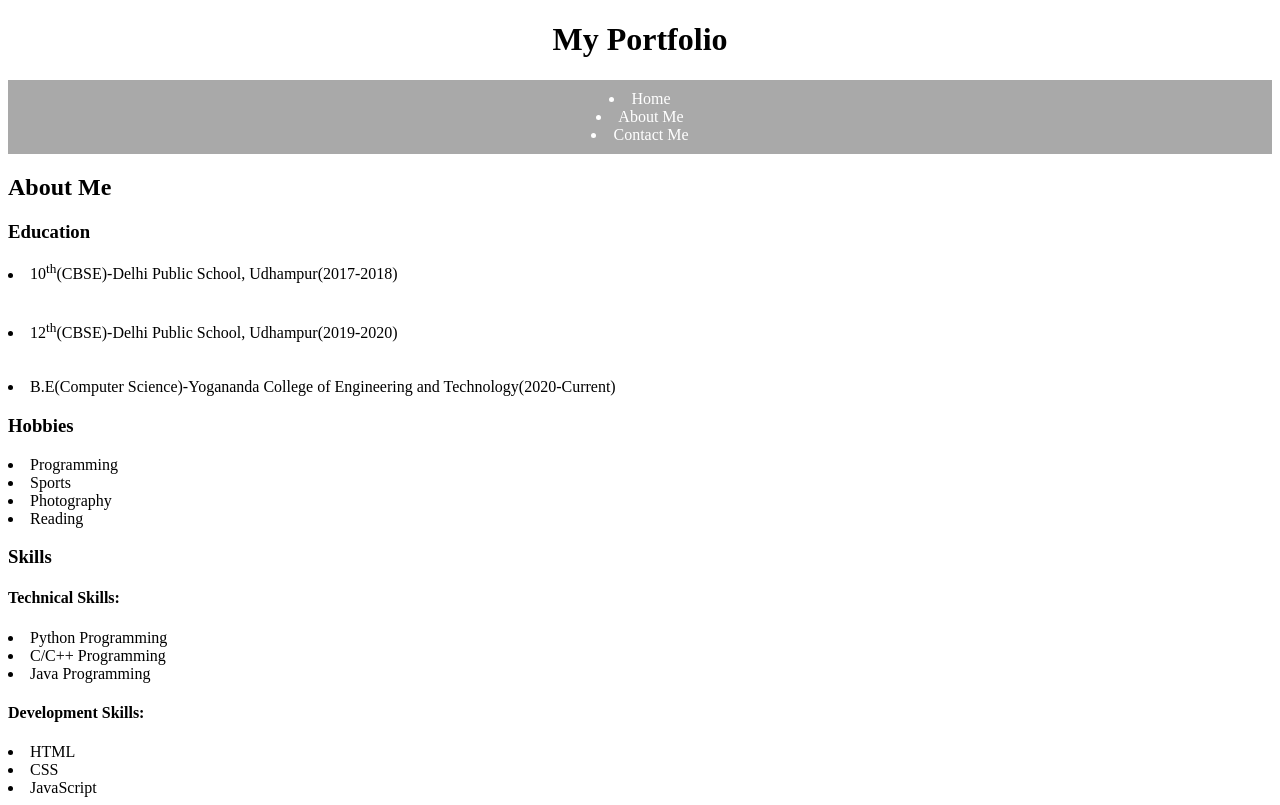
Repository: harshitanthal1/my_portfolio
Page: aboutme.html
An editor plug-in stored every save of this project. The page is shown before and after the next save, followed by the edit.
The browser window is 1280 px wide. The pictures show the whole page.

Above is the page before, as saved 2024-02-02 18:48:53.

After the next save:
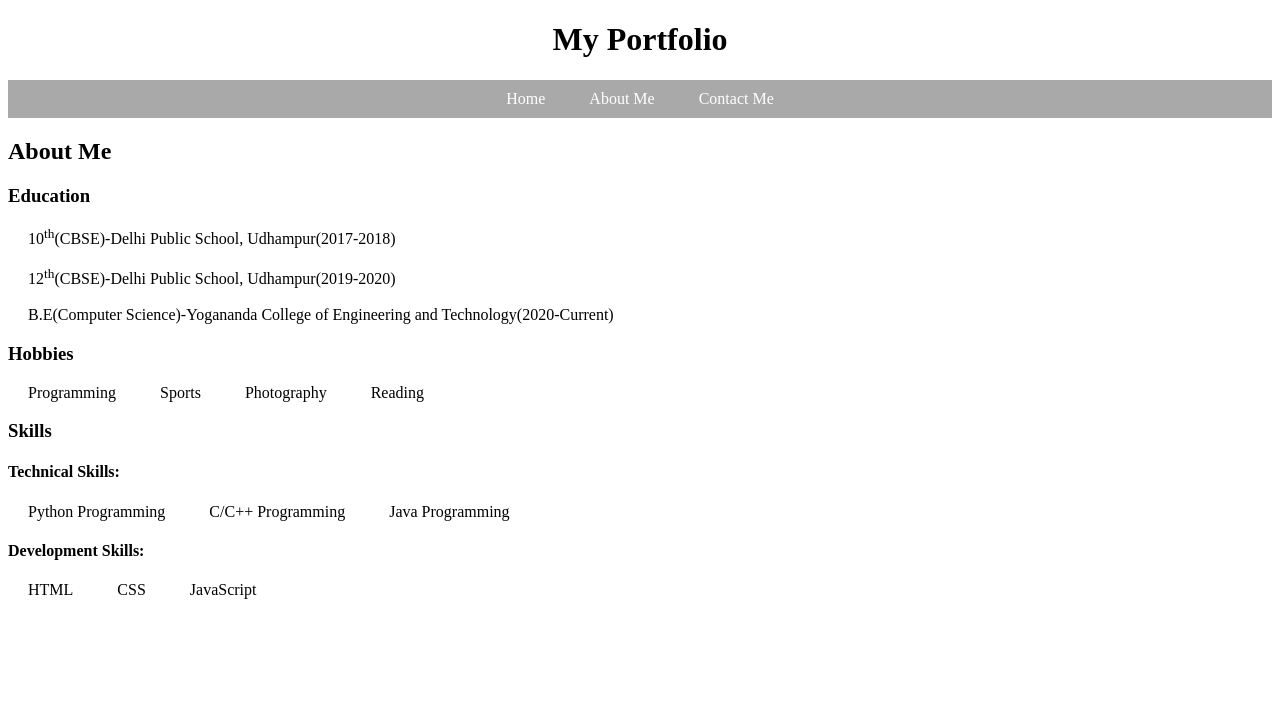
Saved 24 s later.
--- a/styles/styles.css
+++ b/styles/styles.css
@@ -9,7 +9,7 @@
     text-align: center;
 }
 
-#nav-item {
+li {
     display: inline;
     margin-right: 20px;
     margin-left: 20px;
@@ -23,7 +23,6 @@
 #profile {
     padding: 10px;
     width: 350px;
-    text-align: justify;
 }
 
 img {

After the 2 saves that followed:
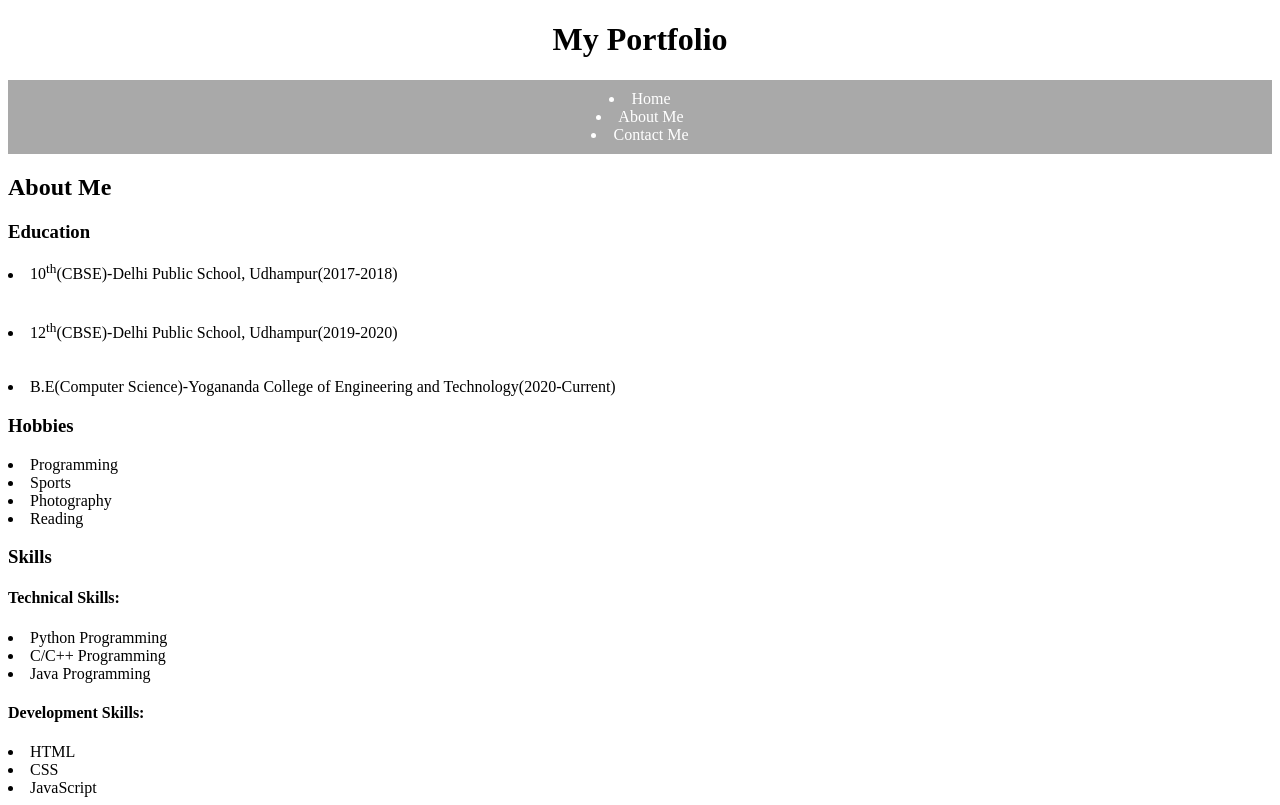
The 2 saves are shown as one change because 1 left the picture as it was.
The last was saved 87 s later.
--- a/styles/styles.css
+++ b/styles/styles.css
@@ -9,7 +9,7 @@
     text-align: center;
 }
 
-li {
+#nav-item {
     display: inline;
     margin-right: 20px;
     margin-left: 20px;
@@ -23,6 +23,7 @@
 #profile {
     padding: 10px;
     width: 350px;
+    text-align: justify;
 }
 
 img {
